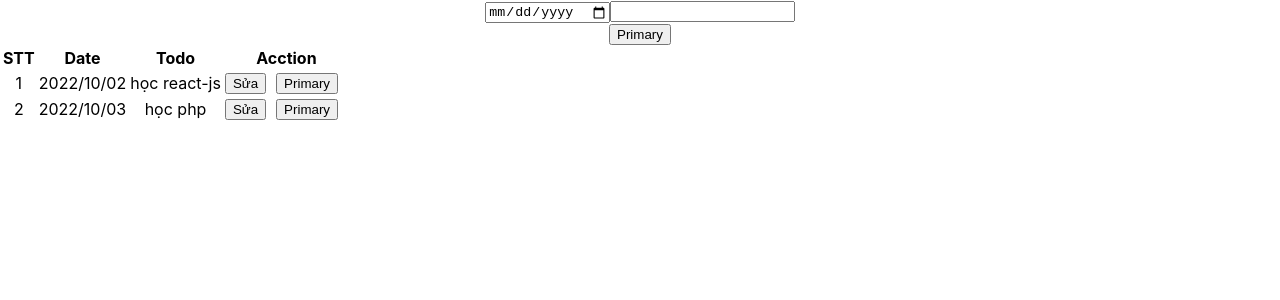
Repository: vanviet99/bietitmatit
Page: /
These files come from the project's save history. The page is drawn as it stood at one moment and after the next save; the edit follows.
The browser window is 1280 px wide. The pictures show the whole page.
The project was rebuilt for these pictures with package versions that can differ from the ones it lists, and the page was loaded fresh each time.

Above is the page before, as saved 2022-10-03 21:21:19.

### src/App.js

import React, { useState } from 'react';
import './App.css';
import data from './data';

function App() {
   const [list,setList] = useState(data)
  return (
    <div className="App">
     <React.Fragment>
     <div className="input-group mb-3">
     <input  type="date" className="form-control" aria-label="Sizing example input" aria-describedby="inputGroup-sizing-default"></input>
      <input  type="text" className="form-control" aria-label="Sizing example input" aria-describedby="inputGroup-sizing-default"></input>
    </div>
    <button type="button" className="btn btn-primary">Primary</button>
    <div>
    <table className="table">
  <thead>
    <tr>
      <th scope="col">STT</th>
      <th scope="col">Date</th>
      <th scope="col">Todo</th>
      <th scope="col">Acction</th>
    </tr>
  </thead>
  <tbody>
  {list.map(function(value,index){
        return (
          <tr key={index}>
            <td>{index+1}</td>
            <td>{value.date}</td>
            <td>{value.do}</td>
            <td>
            <button type="button" className="btn btn-primary bg">Sửa</button>
            <button type="button" className="btn btn-primary bg">Primary</button>
            </td>
          </tr>
        )
      })}
  </tbody>
</table>
    </div>
     </React.Fragment>
    </div>
  );
}

export default App;

### src/App.css
.App {
  text-align: center;
}
.bg{
  margin-right: 10px;
}
.App-logo {
  height: 40vmin;
  pointer-events: none;
}

@media (prefers-reduced-motion: no-preference) {
  .App-logo {
    animation: App-logo-spin infinite 20s linear;
  }
}

.App-header {
  background-color: #282c34;
  min-height: 100vh;
  display: flex;
  flex-direction: column;
  align-items: center;
  justify-content: center;
  font-size: calc(10px + 2vmin);
  color: white;
}

.App-link {
  color: #61dafb;
}

@keyframes App-logo-spin {
  from {
    transform: rotate(0deg);
  }
  to {
    transform: rotate(360deg);
  }
}

### src/data.js
 let list = [
    {
        date: '2022/10/02', do: 'học react-js'
    },
    {
        date: '2022/10/03', do: 'học php'
    }
 ]

 export default list;

Loaded but not shown: src/index.js (common file); src/index.css (common file); src/reportWebVitals.js (common file)

After the next save:
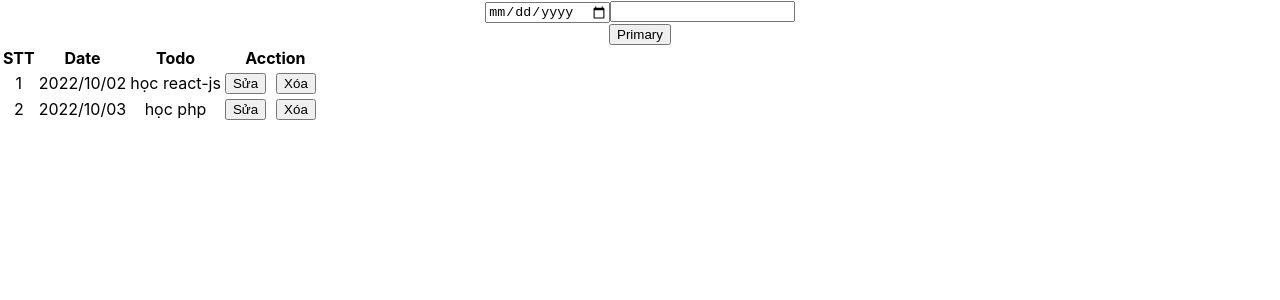
Saved 4 s later.
--- a/src/App.js
+++ b/src/App.js
@@ -32,7 +32,7 @@ function App() {
             <td>{value.do}</td>
             <td>
             <button type="button" className="btn btn-primary bg">Sửa</button>
-            <button type="button" className="btn btn-primary bg">Primary</button>
+            <button type="button" className="btn btn-primary bg">Xóa</button>
             </td>
           </tr>
         )
